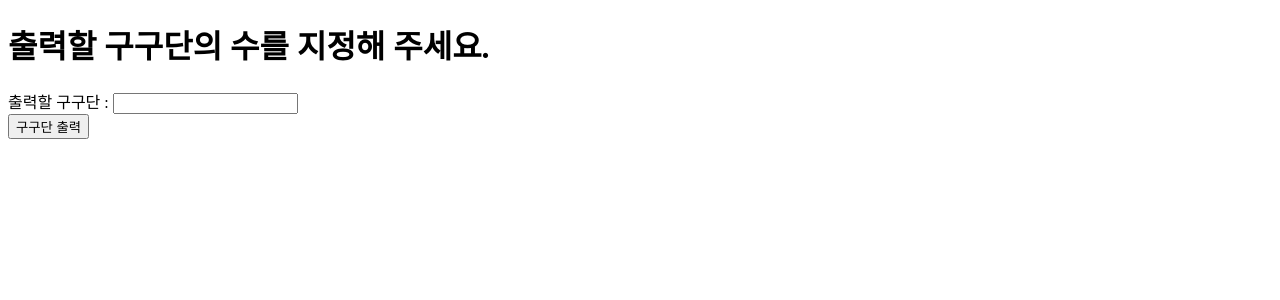
Repository: MyeongHyeonYoo/jsp_data
Page: pro06/src/main/webapp/test01/gugu.html
The author's editor kept a copy of each file at every save. The page is drawn from the files as they stood at one save, then again after the next save.
The browser window is 1280 px wide. The pictures show the whole page.

Above is the page before, as saved 2022-12-07 04:18:41.

After the next save:
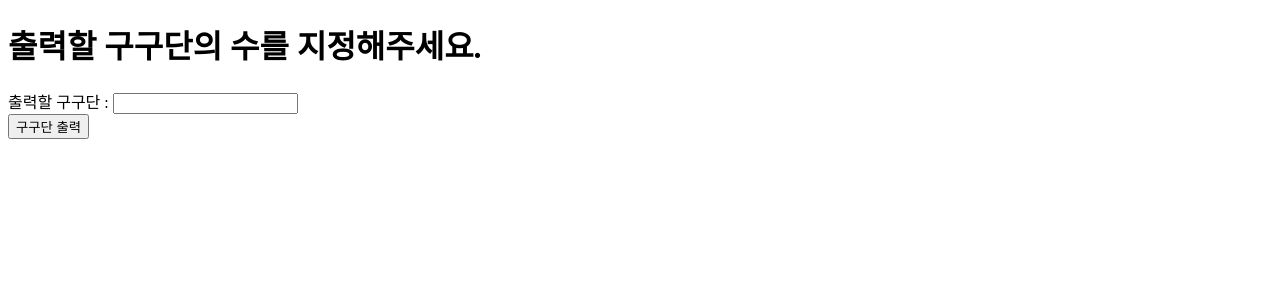
Saved 47 s later.
--- a/pro06/src/main/webapp/test01/gugu.html
+++ b/pro06/src/main/webapp/test01/gugu.html
@@ -2,12 +2,13 @@
 	<html>
 	<head>
 	<meta charset="UTF-8">
-	<title>Insert title here</title>
+	<title>단수 입력창</title>
 	</head>
+
 	<body>
-		<h1>출력할 구구단의 수를 지정해 주세요.</h1>
-		<form action="/pro06/guguTest" method="get">
-			출력할 구구단 : <input type="text" name="dan"><br>
+		<h1>출력할 구구단의 수를 지정해주세요.</h1>
+		<form method="get" action="/pro06/gugu">
+			출력할 구구단 : <input type="text" name="dan" /> <br>
 			<input type="submit" value="구구단 출력">
 		</form>
 	</body>
